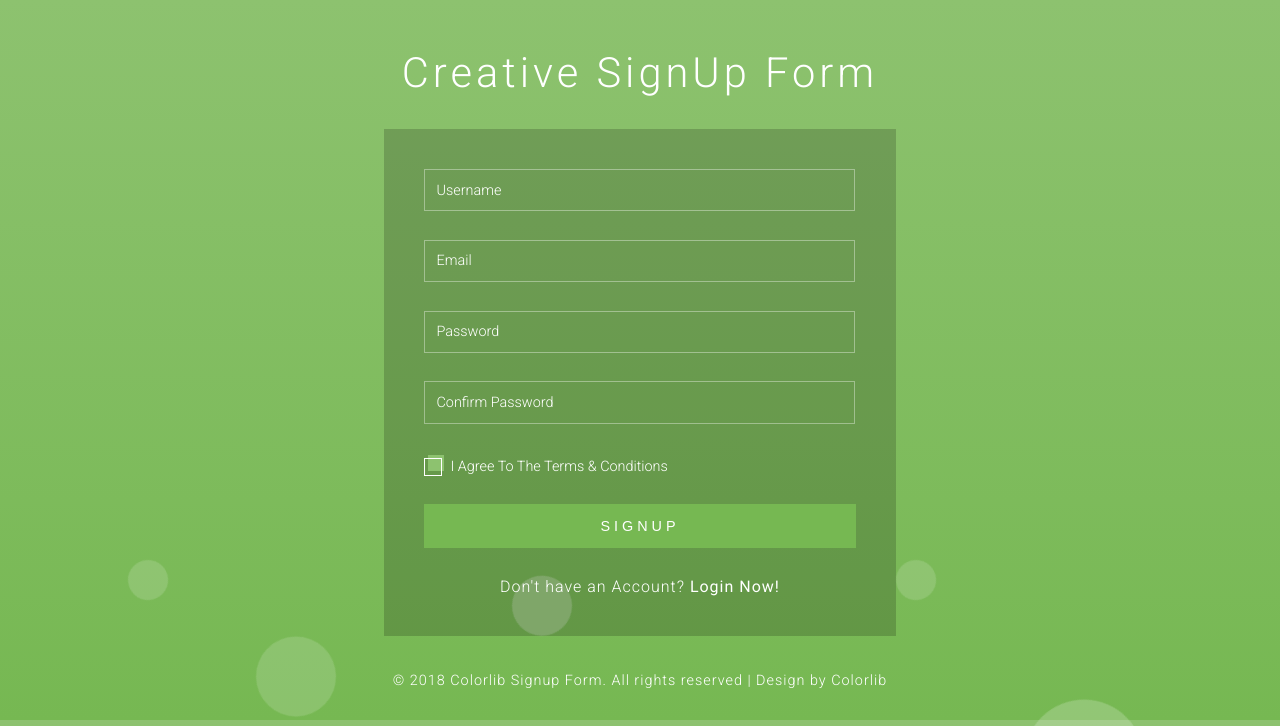
Repository: AyushiPN/login_form
Page: index.html
An editor plug-in stored every save of this project. The page is shown before and after the next save, followed by the edit.
The browser window is 1280 px wide. The pictures show the whole page.
Backgrounds fixed to the window are drawn as part of the page.

Above is the page before, as saved 2021-11-26 14:43:08.
Console error: ReferenceError: $ is not defined
Not found: css/style.css

### index.html
<!--
Author: Colorlib
Author URL: https://colorlib.com
License: Creative Commons Attribution 3.0 Unported
License URL: http://creativecommons.org/licenses/by/3.0/
-->
<!DOCTYPE html>
<html>

<head>
    <title>Creative Colorlib SignUp Form</title>
    <meta name="viewport" content="width=device-width, initial-scale=1">
    <meta http-equiv="Content-Type" content="text/html; charset=utf-8" />
    <script type="application/x-javascript">
        addEventListener("load", function() {
            setTimeout(hideURLbar, 0);
        }, false);

        function hideURLbar() {
            window.scrollTo(0, 1);
        }
    </script>
    <!-- Custom Theme files -->
    <link href="css/style.css" rel="stylesheet" type="text/css" media="all" />
    <!-- //Custom Theme files -->
    <!-- web font -->
    <link href="./styles.css" rel="stylesheet">
    <link href="//fonts.googleapis.com/css?family=Roboto:300,300i,400,400i,700,700i" rel="stylesheet">
    <!-- //web font -->
</head>

<body>
    <!-- main -->
    <div class="main-w3layouts wrapper">
        <h1>Creative SignUp Form</h1>
        <div class="main-agileinfo">
            <div class="agileits-top">
                <form class="login" name="loginForm" onsubmit="returnvalidateLoginForm()" method="POST">
                    <input class="text" type="text" name="Username" placeholder="Username" required="">
                    <input class="text email" type="email" name="email" placeholder="Email" required="">
                    <input class="text" type="password" name="password" placeholder="Password" required="">
                    <input class="text w3lpass" type="password" name="password" placeholder="Confirm Password" required="">
                    <div class="wthree-text">
                        <label class="anim">
							<input type="checkbox" class="checkbox" required="">
							<span>I Agree To The Terms & Conditions</span>
						</label>
                        <div class="clear"> </div>
                    </div>
                    <input type="submit" value="SIGNUP">
                </form>
                <p>Don't have an Account? <a href="#"> Login Now!</a></p>
            </div>
        </div>
        <!-- copyright -->
        <div class="colorlibcopy-agile">
            <p>© 2018 Colorlib Signup Form. All rights reserved | Design by <a href="https://colorlib.com/" target="_blank">Colorlib</a></p>
        </div>
        <!-- //copyright -->
        <ul class="colorlib-bubbles">
            <li></li>
            <li></li>
            <li></li>
            <li></li>
            <li></li>
            <li></li>
            <li></li>
            <li></li>
            <li></li>
            <li></li>
        </ul>
    </div>
    <!-- //main -->
    <script src="./script.js"></script>
</body>

</html>

Loaded but not shown: script.js (45 lines, source omitted); styles.css (1774 lines, source omitted)

After the next save:
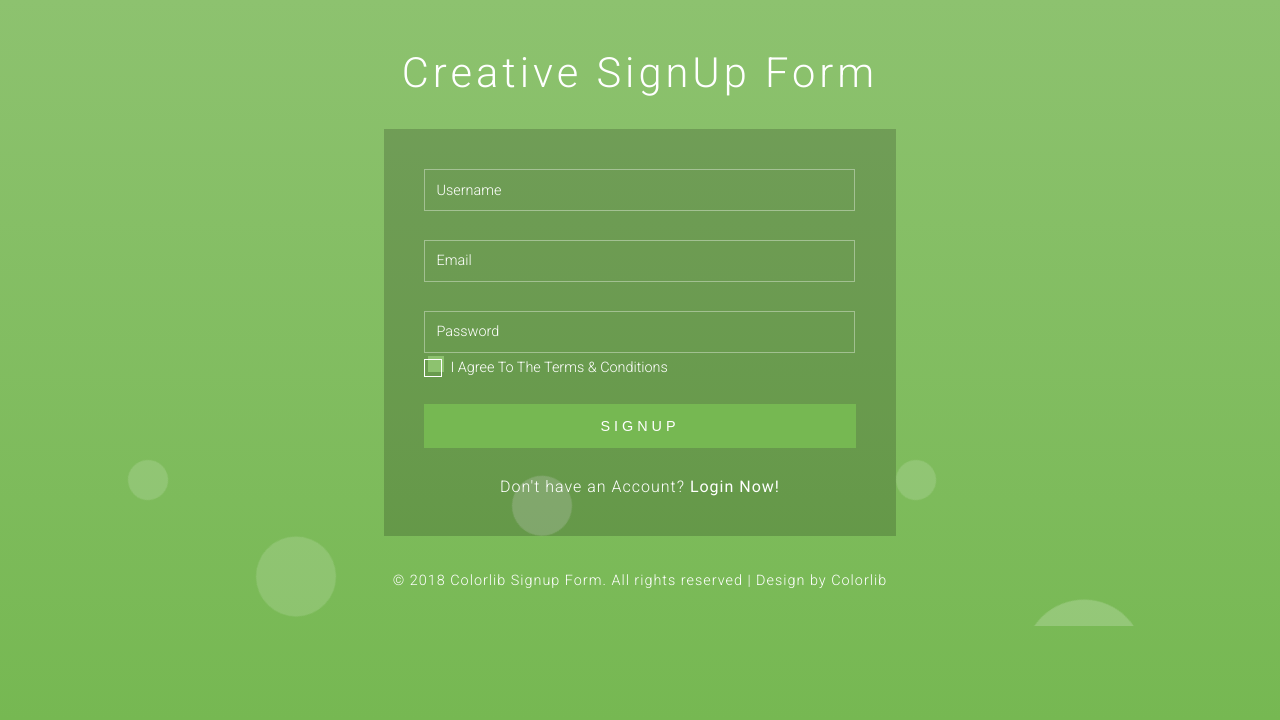
Saved 3 min 22 s later.
--- a/index.html
+++ b/index.html
@@ -35,11 +35,11 @@ License URL: http://creativecommons.org/licenses/by/3.0/
         <h1>Creative SignUp Form</h1>
         <div class="main-agileinfo">
             <div class="agileits-top">
-                <form class="login" name="loginForm" onsubmit="returnvalidateLoginForm()" method="POST">
-                    <input class="text" type="text" name="Username" placeholder="Username" required="">
-                    <input class="text email" type="email" name="email" placeholder="Email" required="">
-                    <input class="text" type="password" name="password" placeholder="Password" required="">
-                    <input class="text w3lpass" type="password" name="password" placeholder="Confirm Password" required="">
+                <form class="login" name="loginForm" onsubmit="validateSignupForm()" method="POST">
+                    <input class="text" type="text" name="name" id="signName" placeholder="Username" required="">
+                    <input class="text email" type="email" name="email" id="signEmail" placeholder="Email" required="">
+                    <input class="text" type="password" name="password" id="signPassword" placeholder="Password" required="">
+                    <!-- <input class="text w3lpass" type="password" name="password" placeholder="Confirm Password" required=""> -->
                     <div class="wthree-text">
                         <label class="anim">
 							<input type="checkbox" class="checkbox" required="">
